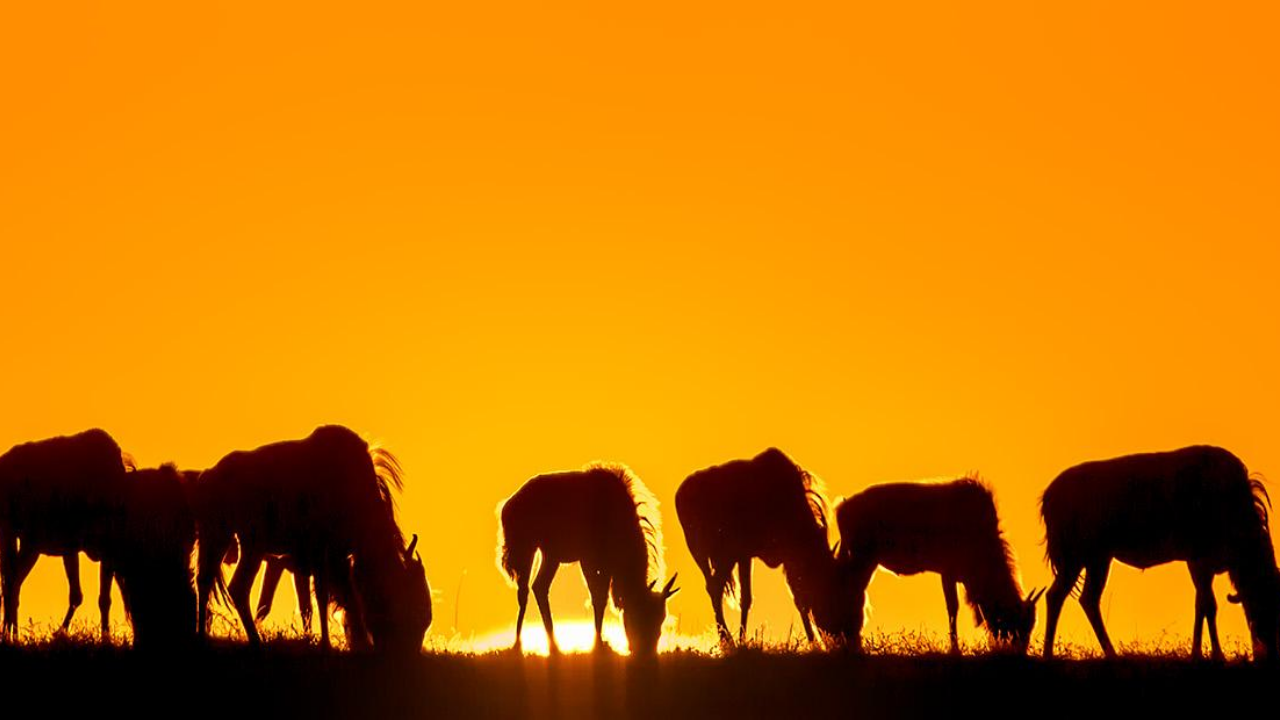
Repository: hyf20150801/webpack-study
Page: /
The author's editor kept a copy of each file at every save. The page is drawn from the files as they stood at one save, then again after the next save.
The browser window is 1280 px wide. The pictures show the whole page.
The project was rebuilt for these pictures with package versions that can differ from the ones it lists, and the page was loaded fresh each time. Also part of the build but not shown: webpack.config.js, src/assets/styles/global.styl.

Above is the page before, as saved 2018-05-17 21:26:35.

### src/index.js
import Vue from 'vue'
import App from './app.vue'

import './assets/styles/global.styl'


const root = document.createElement('div')
document.body.appendChild(root)
new Vue({
  render:(h) => h(App)
}).$mount(root)

### src/app.vue
<template>
   <div id="app">
       <div id="cover"></div>
   </div>
</template>

<script>
export default {
  data(){
      return{

      }
  }
}
</script>

<style lang="stylus">
// lang是指定语言

</style>

After the next save:
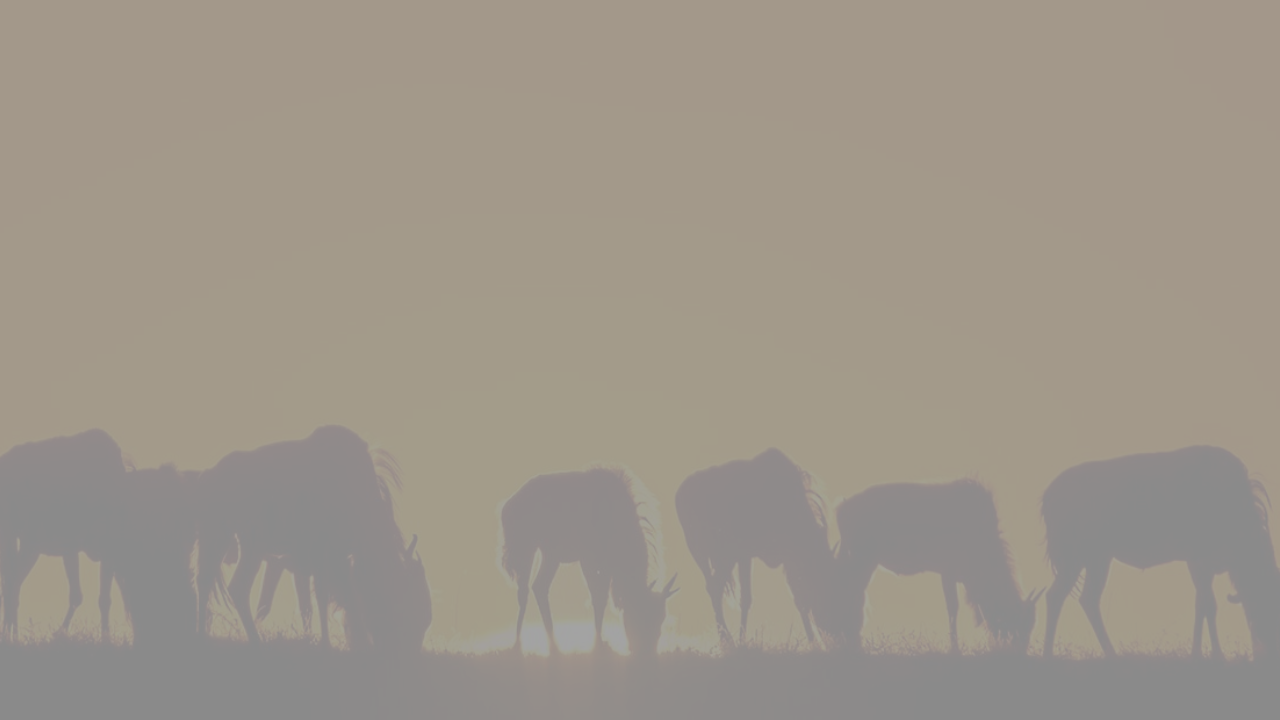
Saved 26 s later.
--- a/src/app.vue
+++ b/src/app.vue
@@ -16,5 +16,21 @@ export default {
 
 <style lang="stylus">
 // lang是指定语言
-
+#app{
+  position absolute
+  left 0
+  right 0
+  top 0
+  bottom 0
+}
+#cover{
+  position absolute
+  left 0
+  top 0
+  right 0
+  bottom 0
+  background-color #999
+  opacity .9
+  z-index -1
+}
 </style>
